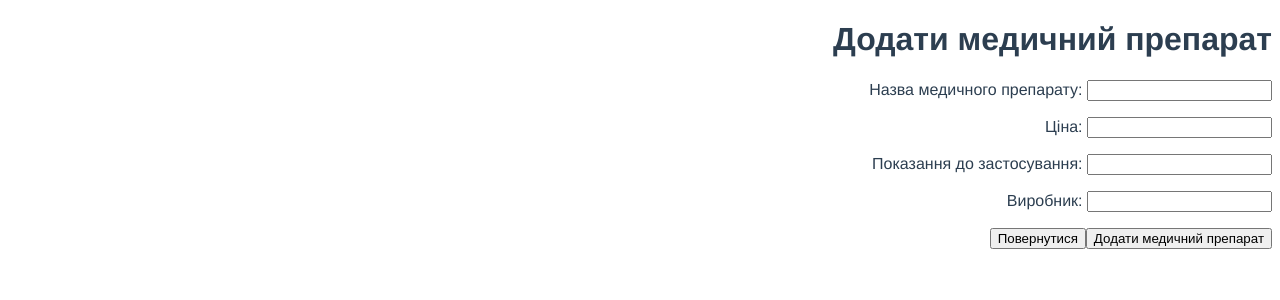
Repository: kristinap8/pharmacy
Page: /add_medicine
These files come from the project's save history. The page is drawn as it stood at one moment and after the next save; the edit follows.
The browser window is 1280 px wide. The pictures show the whole page.
The project was rebuilt for these pictures with package versions that can differ from the ones it lists, and the page was loaded fresh each time. Also part of the build but not shown: src/components/EditMedicineForm/index.vue, src/pages/EditMedicine/index.vue, src/components/MedicinesList/MedicineCard/index.vue, src/components/MedicinesList/index.vue, src/pages/AllMedicines/index.vue, src/components/CartForm/index.vue, src/pages/Cart/index.vue.

Above is the page before, as saved 2020-12-09 23:23:04.

### src/main.js
import Vue from 'vue'
import App from './App.vue'
import router from "./router"
import store from "./store"

Vue.config.productionTip = false

new Vue({
  store,
  router,
  render: h => h(App),
}).$mount('#app')

### src/App.vue
<template>
  <div id="app">
    <router-view/>
  </div>
</template>

<script>
export default {
  name: "App",
  components: {},
};
</script>

<style>
#app {
  font-family: Avenir, Helvetica, Arial, sans-serif;
  -webkit-font-smoothing: antialiased;
  -moz-osx-font-smoothing: grayscale;
  color: #2c3e50;
}
</style>

### src/router.js
import Vue from "vue";
import VueRouter from "vue-router";
import AddMedicine from "@/pages/AddMedicine";
import EditMedicine from "@/pages/EditMedicine";
import AllMedicines from "@/pages/AllMedicines";
import Cart from "@/pages/Cart";

Vue.use(VueRouter);

const routes=[
    {
        path:'/',
        name:'all-medicines',
        component:AllMedicines
    },
    {
        path:'/edit_medicine/:medicine_id',
        name:'edit-medicine',
        component:EditMedicine
    },
    {
        path:'/add_medicine',
        name:'add-medicine',
        component:AddMedicine
    },
    {
        path:'/cart',
        name:'cart',
        component:Cart
    },

]

const router=new VueRouter({
    mode:"history",
    routes
});

export default router;

### src/store/index.js
import Vue from "vue";
import Vuex from "vuex";
import { v4 as uuid_v4 } from 'uuid'

Vue.use(Vuex)
const store=new Vuex.Store({
    state:{
      medicinesList:[
          {
              id:1,
              name:'Но-шпа',
              price:60.48,
              requirements:"Спазми гладкої мускулатури, пов'язані з захворюваннями біліарного тракту: холецистолітіаз, холангіолітіаз, холецистит, перихолецистит, холангіт, папіліт. Спазми гладкої мускулатури при захворюваннях сечового тракту: нефролітіаз, уретролітіаз, пієліт, цистит, тенезми сечового міхура.",
              maker:"Chinoin (Угорщина)"

          },
          {
            id:2,
            name:"Діазолін",
            price:19.19,
            requirements:"Профілактика і лікування сезонного та алергічного риніту, полінозу, кропив'янки, харчової та медикаментозної алергії, дерматозів, що супроводжуються свербежем шкіри (екзема, нейродерміт).",
            maker:"Фармак ОАО (Україна, Київ)"

        },
        {
            id:3,
            name:"Амоксил",
            price:81.77,
            requirements:"Інфекції органів дихання, сечостатевої системи, травного тракту (у тому числі у комбінації з метронідазолом або кларитроміцином застосовують для лікування захворювань, асоційованих із Helicobacter pylori), шкіри та м’яких тканин, спричинені чутливими до лікарського засобу мікроорганізмами.",
            maker:"Киевмедпрепарат ОАО (Україна, Київ)"

        }
      ],
      cart:[],
      cartItemsCount:0
    },
    mutations:{
        addMedicine(state, data) {
            state.medicinesList.push({
             id: uuid_v4(),
             ...data,
           })
         },
         deleteMedicine(state,id){
             let medicines=state.medicinesList.filter(medicine=>medicine.id!=id)
             state.medicinesList=medicines;
         },
         editMedicine(state,medicine){
             state.medicinesList.forEach(m=>{
                 if(m.id==medicine.id){
                     m=medicine;
                 }
             } )
         },
         addToCart(state,medicine){
            let isMedicineExists=state.cart.find(m => m.id == medicine.id);

            if (isMedicineExists) {
                isMedicineExists.quantity ++;
                isMedicineExists.totalPrice = (isMedicineExists.quantity * isMedicineExists.price).toFixed(2);
            } else {
                state.cart.push(medicine);

                Vue.set(medicine, 'quantity', 1);
                Vue.set(medicine, 'totalPrice', medicine.price);
            }
             state.cartItemsCount++
         },
         deleteItemFromCart(state,medicine){
            let index = state.cart.indexOf(medicine);
            if (index > -1) {
                let item= state.cart[index];
                state.cartItemsCount -= item.quantity;
                state.cart.splice(index, 1);
            }
         }
    },
    actions:{
        addMedicine({ commit }, medicine) {
            commit('addMedicine', medicine)
         },
          deleteMedicine({commit},id){
              commit('deleteMedicine',id)
          },
          editMedicine({commit},medicine){
              commit('editMedicine',medicine)
          },
          addToCart({commit},medicine){
              commit('addToCart',medicine)
          },
          deleteItemFromCart({commit},medicine){
              commit("deleteItemFromCart",medicine)
          }

    },
    getters:{
        getMedicines:(state)=> state.medicinesList,
        getMedicineById:(state)=>(id)=>{return state.medicinesList.find(m=>m.id===id)},
        getMedicinesInCart:(state)=>state.cart,
     },
    modules:{

    }
})

export default store

### src/pages/AddMedicine/index.vue
<template>
    <div>
       <add-medicine-form/>
    </div>
</template>

<script>
import AddMedicineForm from "../../components/AddMedicineForm"
    export default {
        name:"AddMedicine",
        components: {
            AddMedicineForm,
        },
    }
</script>

<style lang="scss" scoped>

</style>

### src/components/AddMedicineForm/index.vue
<template>
    <div class="form">
        <h1>Додати медичний препарат</h1>
      <p>
    <label class="form">
        Назва медичного препарату:
        <input type="text" v-model="name"/>
    </label>
    </p>
    <p>
    <label>
        Ціна:
        <input type="number" v-model="price"/>
    </label>
    </p>
    <p>
    <label>
        Показання до застосування:
        <input type="text" v-model="requirements"/>
    </label>
    </p>
    <p>
    <label>
        Виробник:
        <input type="text" v-model="maker"/>
    </label>
    </p>
    <p>
    <router-link to="/" tag="button" >Повернутися</router-link>
    <button @click="onAddMedicine" >
        Додати медичний препарат
    </button>
    </p>
    </div>
</template>

<script>
import { mapActions } from 'vuex'

    export default {
        name:"AddMedicineForm",
        data() {
            return {
            name: null,
            price: null,
            requirements: null,
            maker: null,
            }
        },
        methods: {
            ...mapActions(['addMedicine']),
            onAddMedicine() {
                const{name,price,requirements,maker}=this
                this.addMedicine({
                    name,
                    price,
                    requirements,
                    maker
                })
                this.$router.push('/')
            }
        },
    }
</script>

<style lang="scss" scoped>
.form{
    text-align: right;
}
</style>

Loaded but not shown: public/index.html (common file)

After the next save:
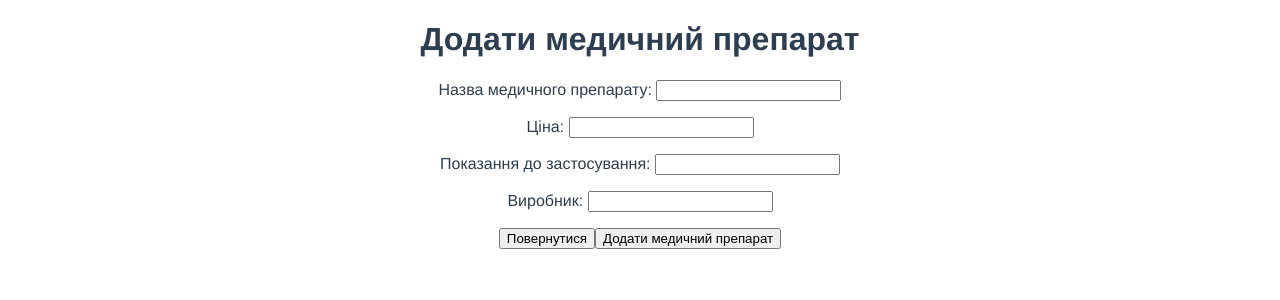
Saved 12 s later.
--- a/src/components/AddMedicineForm/index.vue
+++ b/src/components/AddMedicineForm/index.vue
@@ -65,6 +65,6 @@ import { mapActions } from 'vuex'
 
 <style lang="scss" scoped>
 .form{
-    text-align: right;
+    text-align: center;
 }
 </style>
